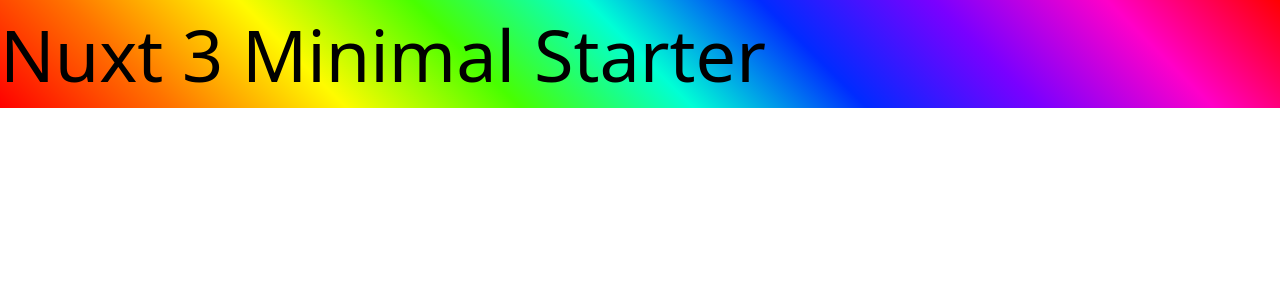
Repository: Freezler/nuxt
Page: /
These files come from the project's save history. The page is drawn as it stood at one moment and after a run of saves; the edit follows.
The browser window is 1280 px wide. The pictures show the whole page.
The project was rebuilt for these pictures with package versions that can differ from the ones it lists, and the page was loaded fresh each time. The framework's server and built-in components were replaced by stand-ins that run in the browser. Also part of the build but not shown: nuxt.config.ts.

Above is the page before, as saved 2024-08-02 21:05:55.

After the next 2 saves:
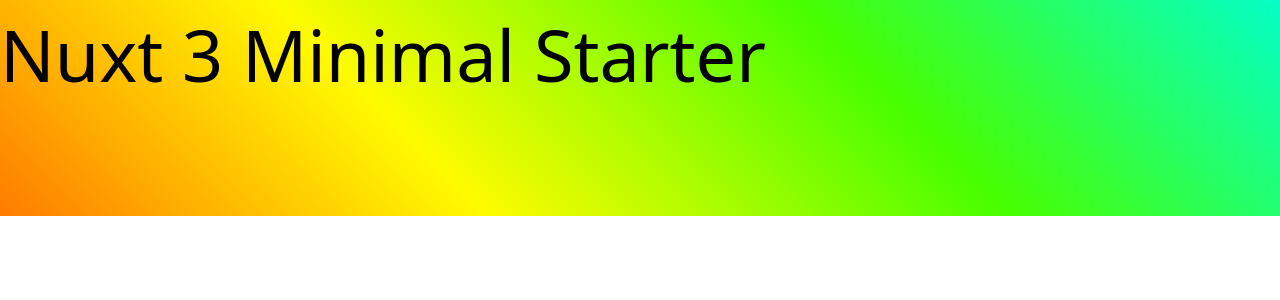
The 2 saves are shown as one change because they came seconds apart.
The last was saved 11 s later.
--- a/assets/css/main.css
+++ b/assets/css/main.css
@@ -8,7 +8,7 @@
 
 
 	animation: gradient 6s cubic-bezier(0.455, 0.03, 0.515, 0.955) infinite;
-	background-size: cover;
+	background-size: 300% 300%;
 	background-repeat: no-repeat;
 }
 @keyframes gradient {
